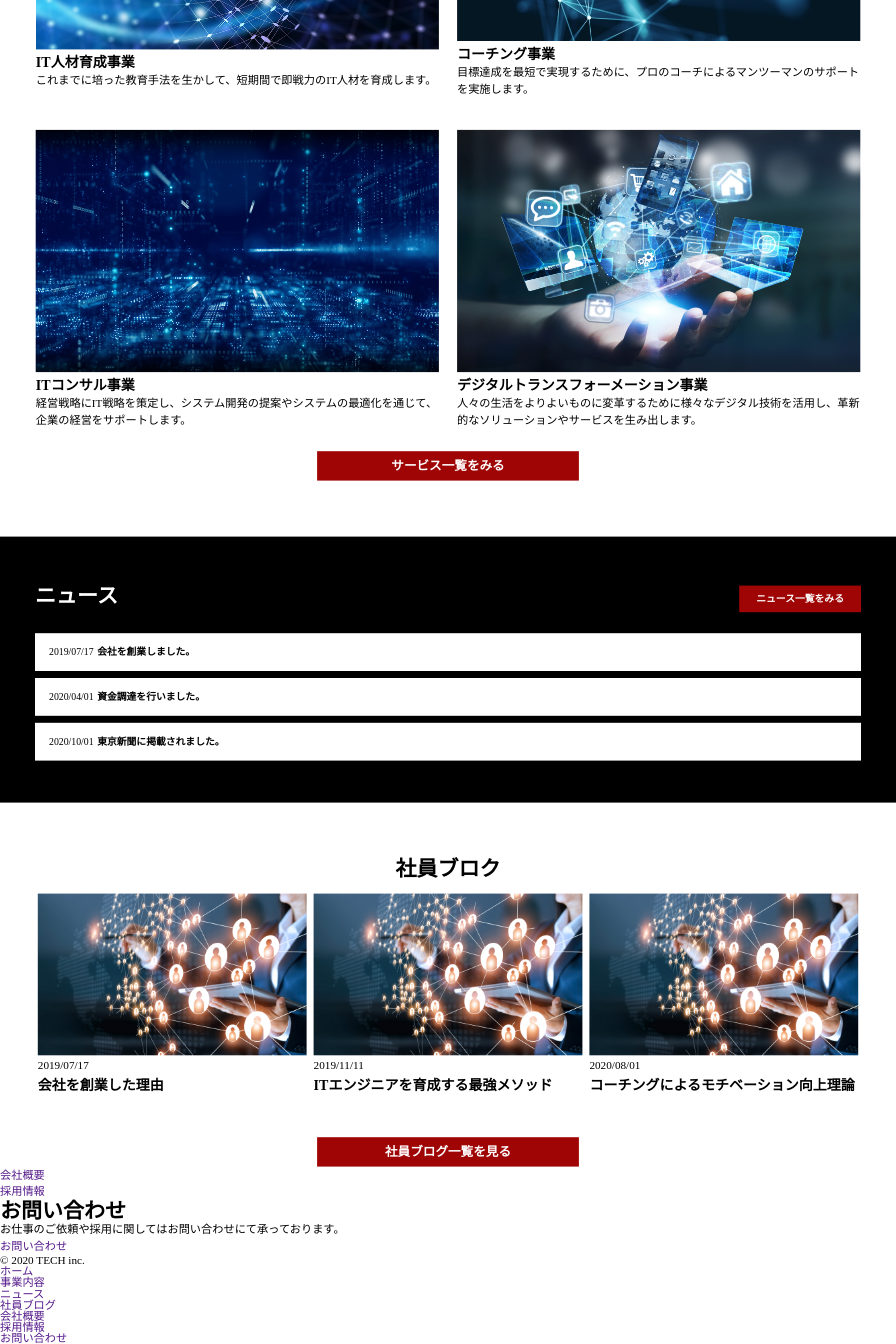
Repository: masanarimiura/20220516_miura
Page: index.html
An editor plug-in stored every save of this project. The page is shown before and after a run of saves, followed by the edit.
The browser window is 1280 px wide. The pictures show the part of the page from y = 1412 to 3332 px (the page is 3332 px tall before and 3308 px after), at 70% of full size.

Above is the page before, as saved 2022-05-13 20:46:58.

After the next 3 saves:
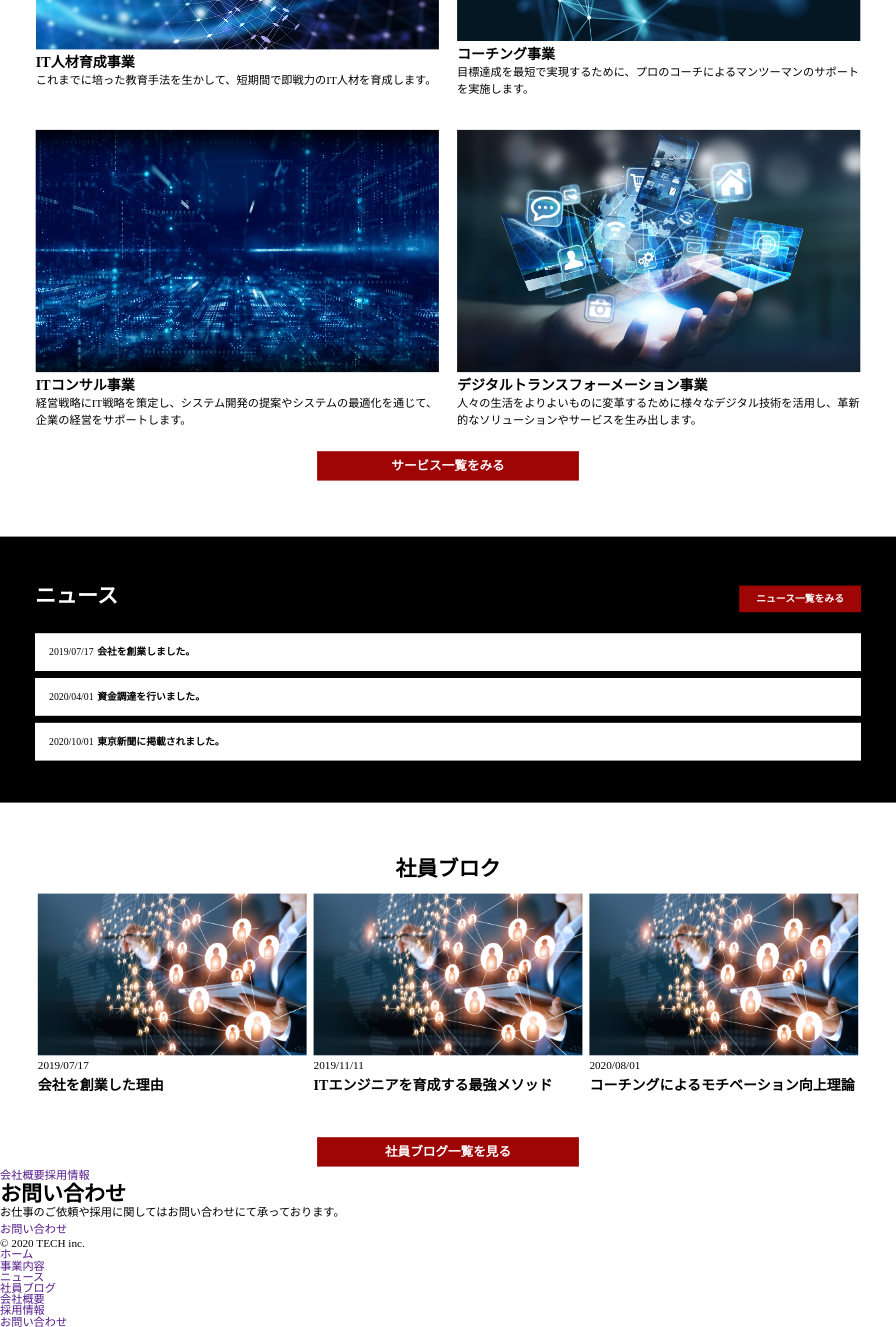
The 3 saves are shown as one change because they came seconds apart.
The last was saved 11 s later.
--- a/css/index.css
+++ b/css/index.css
@@ -170,3 +170,7 @@ p {
 .blog__link {
   margin: 40px auto 0;
 }
+
+.info {
+  display: flex;
+}

After the 5 saves that followed:
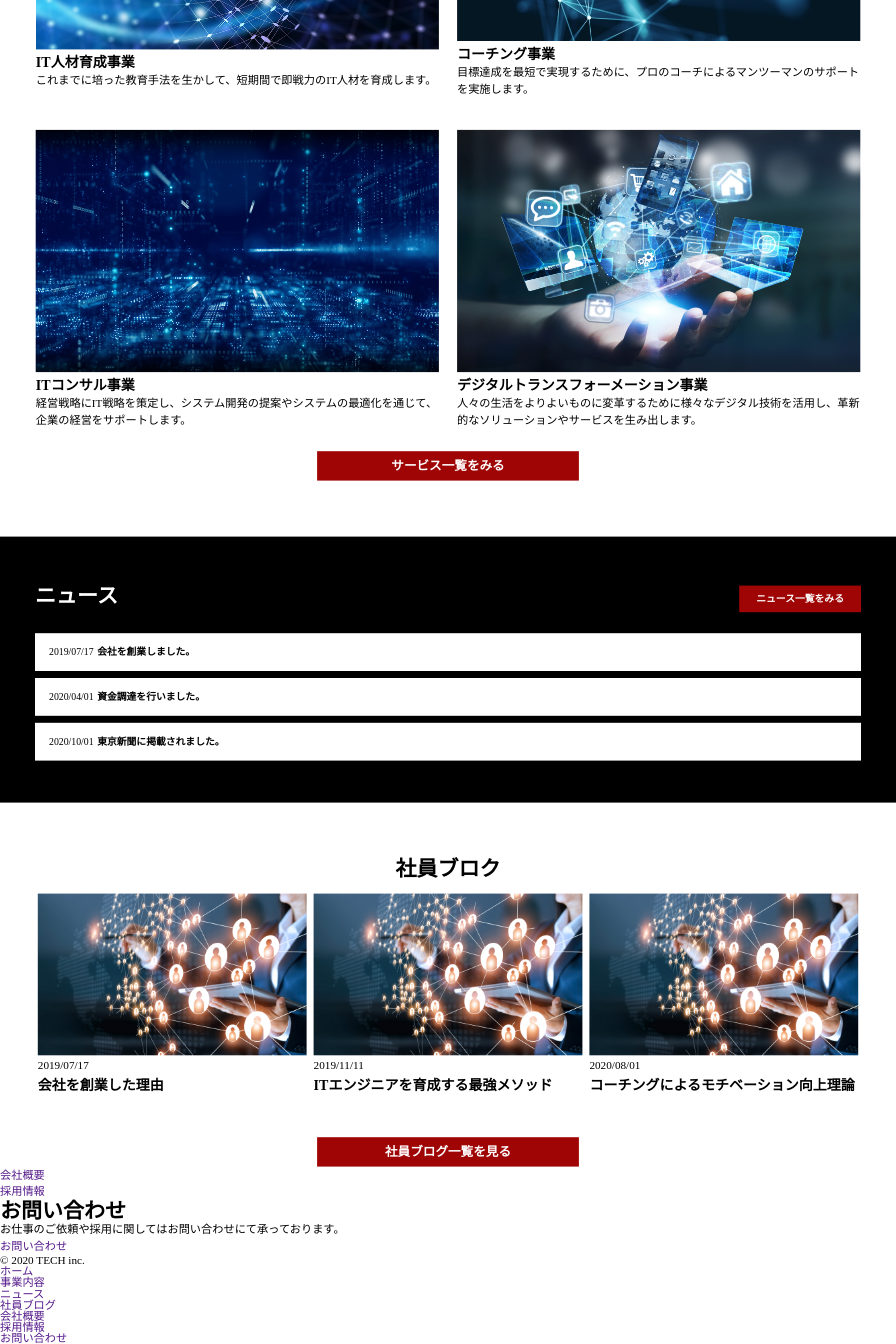
The 5 saves are shown as one change because 3 left the picture as it was and some came seconds apart.
The last was saved 101 s later.
--- a/index.html
+++ b/index.html
@@ -114,7 +114,7 @@
   </div>
 
   <div class="info">
-    <div class="info__company"><a href="">
+    <section class="info__company"><a href="">
         <p class="info__company__ttl">会社概要</p>
       </a></div>
     <div class="info__recruit"><a href="">
--- a/css/index.css
+++ b/css/index.css
@@ -174,3 +174,4 @@ p {
 .info {
   display: flex;
 }
+.
